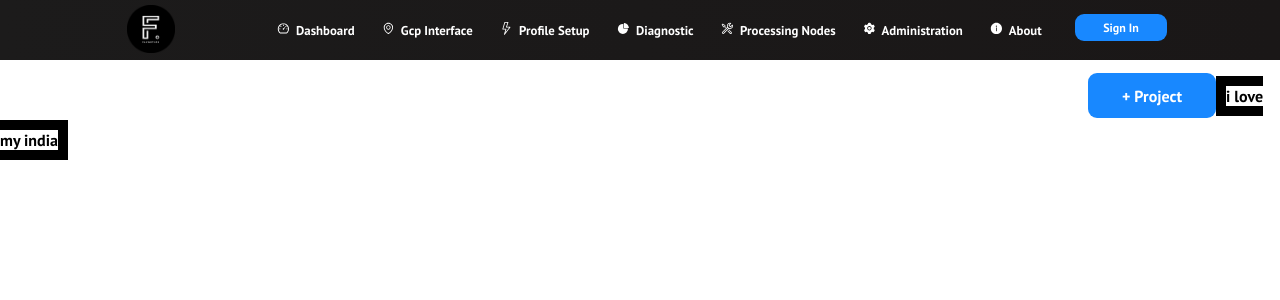
Repository: Akshaykumar1111/akki
Page: /Dashboard
The author's editor kept a copy of each file at every save. The page is drawn from the files as they stood at one save, then again after the next save.
The browser window is 1280 px wide. The pictures show the whole page.
Some web libraries are served in a nearby version. The project was rebuilt for these pictures with package versions that can differ from the ones it lists, and the page was loaded fresh each time. Also part of the build but not shown: src/components/pages/Administration.css, src/components/pages/Administration.js, src/components/pages/Diagnostic.js, src/components/pages/ProfileSetup.js, src/components/pages/GcpInterface.js, src/components/pages/ProcessingNodes.js, src/components/pages/About.js, src/components/pages/Popup.css and 7 more.

Above is the page before, as saved 2022-10-20 11:03:43.

After the next save:
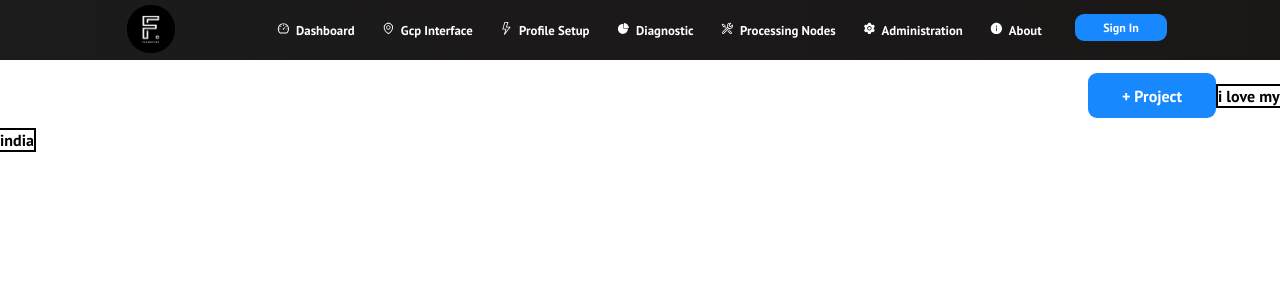
Saved 20 s later.
--- a/src/components/pages/Dashboard.css
+++ b/src/components/pages/Dashboard.css
@@ -1,5 +1,5 @@
 div11{
 
-    border:10px solid black;
+    border:2px solid black;
     background: transparent;
     }
